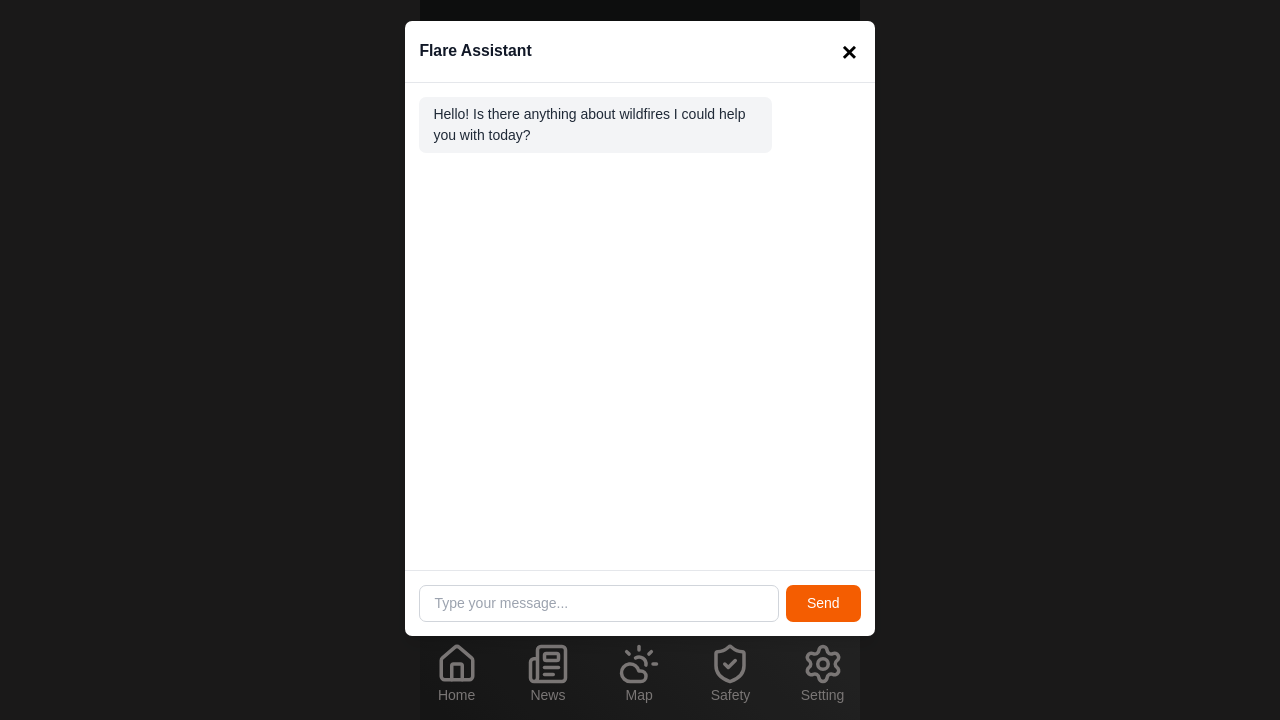
Repository: BCITKevin/Flare_IDSP
Page: /safety, after clicking the first element matching `button.flex`
These files come from the project's save history. The page is drawn as it stood at one moment and after the next save; the edit follows.
The browser window is 1280 px wide. The pictures show the whole page.
An inner scrolling area shows only its first screen. Some web fonts or font styles are not loaded; a fallback is used. The project was rebuilt for these pictures with package versions that can differ from the ones it lists, and the page was loaded fresh each time. The framework's server and built-in components were replaced by stand-ins that run in the browser. Also part of the build but not shown: next.config.js, next.config.mjs.

Above is the page before, as saved 2024-11-30 17:34:08.

After the next save:
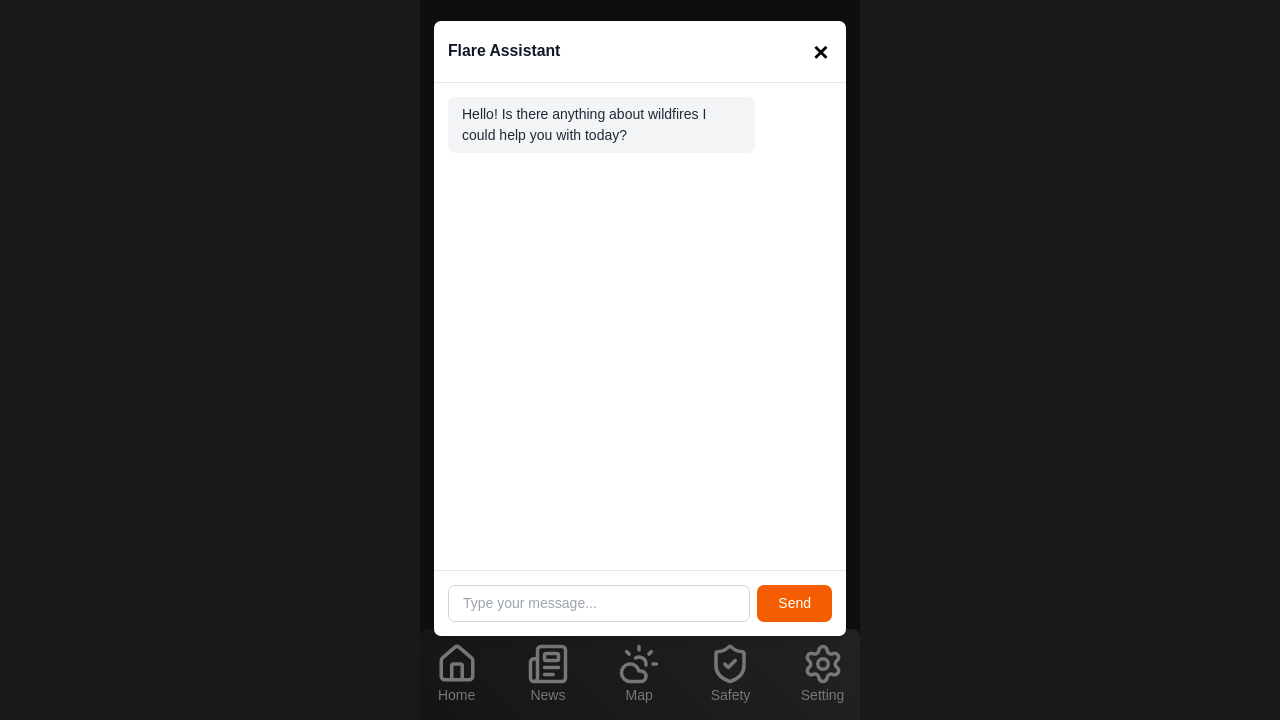
Saved 17 s later.
--- a/src/app/safety/page.tsx
+++ b/src/app/safety/page.tsx
@@ -222,7 +222,7 @@ export default function Safety() {
                 {showChat ? (
                     <>
                         <div className="justify-center items-center flex overflow-x-hidden overflow-y-auto fixed inset-0 z-50 outline-none focus:outline-none">
-                            <div className="relative w-quarter h-full mx-auto max-w-3xl px-4 pt-6 pb-24">
+                            <div className="relative w-[440px] h-full mx-auto max-w-3xl px-4 pt-6 pb-24">
                                 <div className="border-0 rounded-lg shadow-lg relative flex flex-col w-full h-full bg-white outline-none focus:outline-none">
                                     {/* Header */}
                                     <div className="flex items-center justify-between p-4 border-b border-solid border-gray-200">
